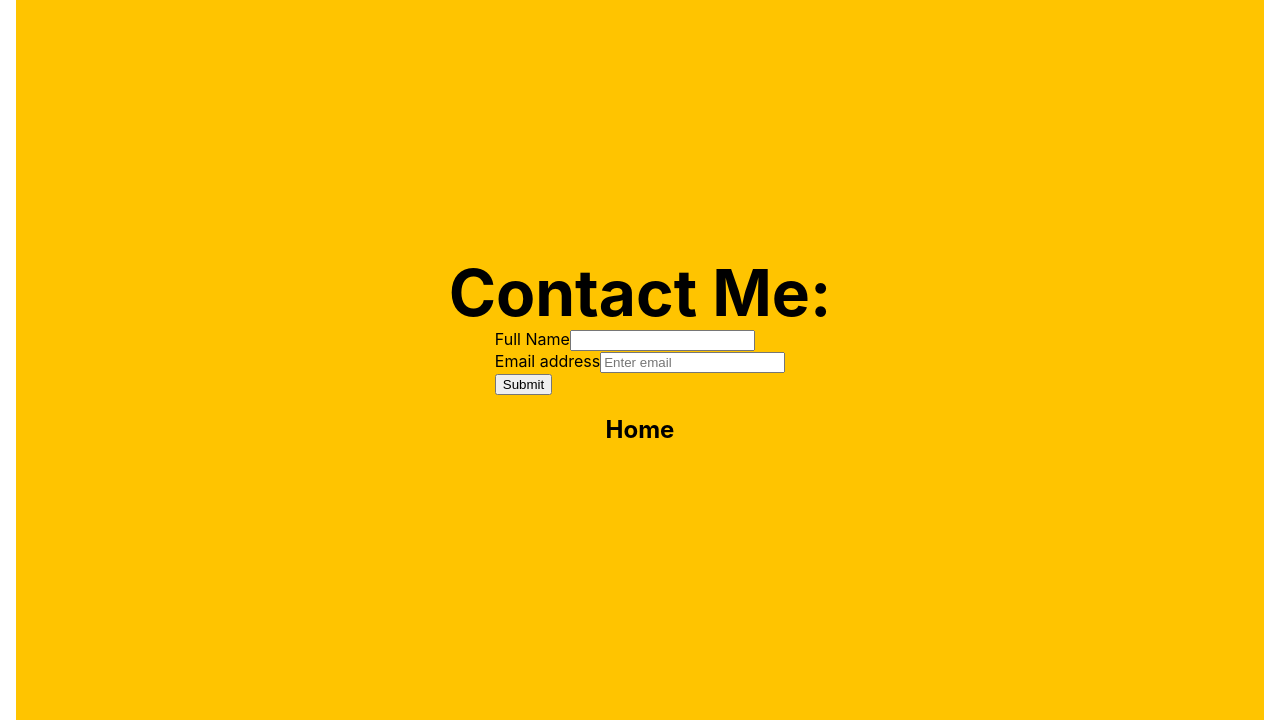
Repository: collegedude9300/zenschool
Page: /Login
An editor plug-in stored every save of this project. The page is shown before and after the next save, followed by the edit.
The browser window is 1280 px wide. The pictures show the whole page.
The project was rebuilt for these pictures with package versions that can differ from the ones it lists, and the page was loaded fresh each time. The framework's server and built-in components were replaced by stand-ins that run in the browser. Also part of the build but not shown: next.config.js.

Above is the page before, as saved 2023-12-29 10:06:18.

### pages/Login.js
import Head from 'next/head';
import Link from 'next/link';
import styles from '../styles/Home.module.css'
import { useState } from 'react';
const validateEmail = (email) => {
  const re = /^[a-zA-Z0-9._%+-]+@[a-zA-Z0-9.-]+.[a-zA-Z]{2,4}$/;
  return re.test(String(email).toLowerCase());
}

const validateName = (name) => {
  const re = /^[A-Z][a-z]+(\s|,)[A-Z][a-z]{1,19}$/;
  return re.test(String(name));
}

export default function Login() {
  const [email, setEmail] = useState("");
  const [name, setName] = useState("");
  const [emailError, setEmailError] = useState("");
  const [nameError, setNameError] = useState("");

  const handleSubmit = (e) => {
    e.preventDefault();

    if (validateEmail(email) && validateName(name))
    {
      setEmail("");
      setName("");
      setEmailError("");
      setNameError("");
      alert("Form submitted successfully");
    }
    else {
      if (!validateEmail(email)) {
        setEmailError("Please enter a valid email address");
      } else {
        setEmailError("");
      }
      if (!validateName(name)) {
        setNameError("Please enter a valid name");
      } else {
        setNameError("");
      }
    }
  }

  return (
    <div className={styles.container}>
      <Head>
        <title>Contact</title>
        <meta name="description" content="Generated by create next app" />
        <link rel="icon" href="/favicon.png" />
      </Head>

      <main className={styles.login}>
        <h1 className={styles.title}>
          Contact Me:
        </h1>
        <div className={styles.grid}>
            <form onSubmit={handleSubmit}>
              <div className="form-group">
                <label htmlFor="name">Full Name</label>
                <input type="text" name="name" id="name" placeholder=""/>
                <div id="name-error">{nameError}</div>
                <label htmlFor="email">Email address</label>
                <input type="email" className="form-control" id="email" placeholder="Enter email"/>
                <div id="email-error">{emailError}</div>
              </div>
              <button type="submit" className="btn btn-primary">Submit</button>
            </form>
        </div>
        <Link href="/" passHref>
              <h2>Home</h2>
              </Link>
      </main>
    </div>
  );
}

### styles/Home.module.css
.container {
  padding: 0 1rem;
}
.main {
  min-height: 100vh;
  padding: 4rem 0;
  flex: 1;
  display: flex;
  flex-direction: column;
  justify-content: center;
  align-items: center;
  background-color: #ecf025;
}
.classpage {
  min-height: 100vh;
  padding: 4rem 0;
  flex: 1;
  display: flex;
  flex-direction: column;
  justify-content: center;
  align-items: center;
  background-color: #67ff02;
}
.gened {
  min-height: 100vh;
  padding: 4rem 0;
  flex: 1;
  display: flex;
  flex-direction: column;
  justify-content: center;
  align-items: center;
  background-color: #18e6db;
}
.login {
  min-height: 100vh;
  padding: 4rem 0;
  flex: 1;
  display: flex;
  flex-direction: column;
  justify-content: center;
  align-items: center;
  background-color: #ffc400;
}
.footer {
  display: flex;
  flex: 1;
  padding: 2rem 0;
  border-top: 1px solid #eaeaea;
  justify-content: center;
  align-items: center;
}

.footer a {
  display: flex;
  justify-content: center;
  align-items: center;
  flex-grow: 1;
}

.title a {
  color: #0070f3;
  text-decoration: none;
}

.title a:hover,
.title a:focus,
.title a:active {
  text-decoration: underline;
}

.title {
  margin: 0;
  line-height: 1.15;
  font-size: 4rem;
}

.title,
.description {
  text-align: center;
}

.description {
  margin: 4rem 0;
  line-height: 1.5;
  font-size: 1.5rem;
}

.code {
  background: #fafafa;
  border-radius: 5px;
  padding: 0.75rem;
  font-size: 1.1rem;
  font-family: Menlo, Monaco, Lucida Console, Liberation Mono, DejaVu Sans Mono,
    Bitstream Vera Sans Mono, Courier New, monospace;
}

.grid {
  display: flex;
  align-items: center;
  justify-content: center;
  flex-wrap: wrap;
  max-width: 800px;
}

.card {
  margin: 1rem;
  padding: 1.5rem;
  text-align: left;
  color: inherit;
  text-decoration: none;
  border: 1px solid #eaeaea;
  border-radius: 10px;
  transition: color 0.15s ease, border-color 0.15s ease;
  max-width: 300px;
}

.card:hover,
.card:focus,
.card:active {
  color: #0070f3;
  border-color: #0070f3;
}

.card h2 {
  margin: 0 0 1rem 0;
  font-size: 1.5rem;
}

.card p {
  margin: 0;
  font-size: 1.25rem;
  line-height: 1.5;
}

.logo {
  height: 1em;
  margin-left: 0.5rem;
}

@media (max-width: 600px) {
  .grid {
    width: 100%;
    flex-direction: column;
  }
}

@media (prefers-color-scheme: dark) {
  .card,
  .footer {
    border-color: #222;
  }
  .code {
    background: #111;
  }
  .logo img {
    filter: invert(1);
  }
}

Loaded but not shown: pages/_app.js (common file); styles/globals.css (common file)

After the next save:
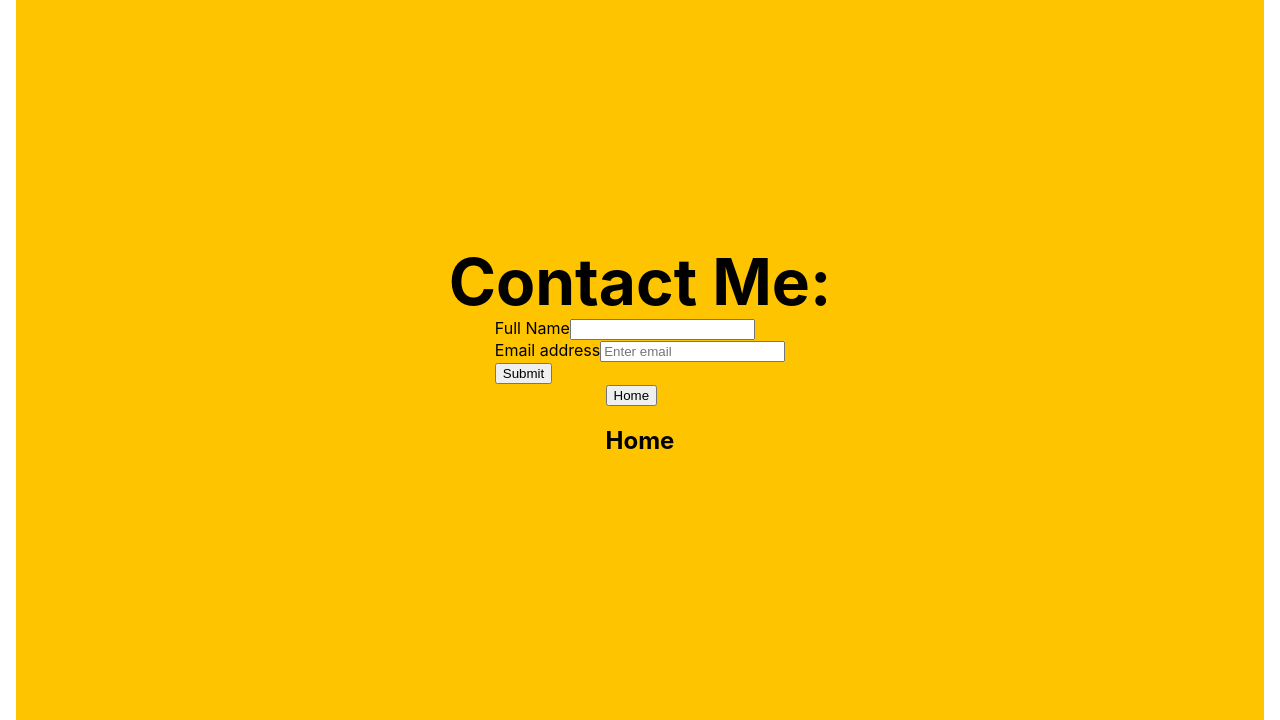
Saved 35 s later.
--- a/pages/Login.js
+++ b/pages/Login.js
@@ -69,6 +69,7 @@ export default function Login() {
             </form>
         </div>
         <Link href="/" passHref>
+          <button className="btn btn-primary">Home</button>
               <h2>Home</h2>
               </Link>
       </main>
